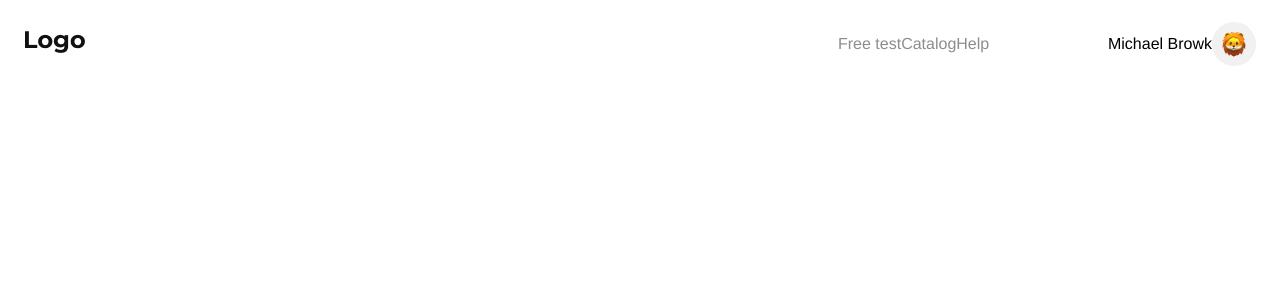
Repository: skydevil1604/vue-test-app
Page: /#/main-page
The author's editor kept a copy of each file at every save. The page is drawn from the files as they stood at one save, then again after the next save.
The browser window is 1280 px wide. The pictures show the whole page.
The project was rebuilt for these pictures with package versions that can differ from the ones it lists, and the page was loaded fresh each time. Also part of the build but not shown: src/components/Tabs.vue, src/components/Tab.vue, src/components/Login.vue, src/components/Registration.vue, src/components/AuthenticationForm.vue.

Above is the page before, as saved 2020-04-06 19:05:54.

### public/index.html
<!DOCTYPE html>
<html lang="en">
  <head>
    <meta charset="utf-8">
    <meta http-equiv="X-UA-Compatible" content="IE=edge">
    <meta name="viewport" content="width=device-width,initial-scale=1.0">
    <link rel="icon" href="<%= BASE_URL %>favicon.ico">
    <link rel="stylesheet" href="../src/assets/normalize.css">
    <title><%= htmlWebpackPlugin.options.title %></title>
  </head>
  <body style="margin:0 auto;">
    <noscript>
      <strong>We're sorry but <%= htmlWebpackPlugin.options.title %> doesn't work properly without JavaScript enabled. Please enable it to continue.</strong>
    </noscript>
    <div id="app"></div>
    <!-- built files will be auto injected -->
  </body>
</html>

### src/main.js
import Vue from 'vue'
import App from './App.vue'
import VueRouter from 'vue-router'
import router from './router';

Vue.config.productionTip = false;
Vue.use(VueRouter)

new Vue({
  render: h => h(App),
  router
}).$mount('#app');

### src/App.vue
<template>
  <div id="app">
    <router-view>
      <AuthenticationForm />
    </router-view>
  </div>
</template>

<script>
import AuthenticationForm from './components/AuthenticationForm';

export default {
  name: 'App',
  components: {
    AuthenticationForm
  }
}
</script>

<style>
#app {
  font-family: Avenir, Helvetica, Arial, sans-serif;
  -webkit-font-smoothing: antialiased;
  -moz-osx-font-smoothing: grayscale;
  text-align: center;
  display: flex;
  height: 100vh;
}
</style>

### src/router/index.js
import Vue                        from 'vue';
import VueRouter                     from 'vue-router';
import MainPageComponent          from '@/components/MainPage';
import AuthenticationForm         from '@/components/AuthenticationForm';

Vue.use(VueRouter);

const router = new VueRouter({
    routes: [

      {
        path: '/main-page',
        name: 'mainPage',
        component: MainPageComponent,
      },
      {
        path: '/',
        name: 'authenticationForm',
        component: AuthenticationForm,
      },
    ]
  });

export default router;

### src/components/MainPage.vue
<template>
    <section class="main-page">
        <header class="header">
            <a class="logo" href="#">
                <img src="../assets/logo.png" alt="logo">
            </a>
            <nav class="navigation">
                <ul class="navigation__list">
                    <li class="navigation__item">
                        <a href="#">Free test</a>
                    </li>
                    <li class="navigation__item">
                        <a href="#">Catalog</a>
                    </li>
                    <li class="navigation__item">
                        <a href="#">Help</a>
                    </li>
                </ul>
                <div class="navigation__profile">
                    <span>Michael Browk</span>
                    <img src="../assets/Lion.png" alt="">
                </div>
            </nav>
        </header>
    </section>
</template>

<script>

export default {
    name: 'MainPageComponent',
}
</script>

<style lang="scss">
    .main-page {
        max-width: 1366px;
        width: 100%;
    }

    .header {
        padding-top: 22px;
        padding-bottom: 22px;
        padding-left: 24px;
        padding-right: 24px;
        display: flex;
        justify-content: space-between;
        align-items: center;
    }

    .navigation {
        display: flex;
        align-items: center;
        width: 418px;
        justify-content: space-between;

            &__list {
                list-style: none;
                display: flex;
                padding: 0;
                margin: 0;

                    & a {
                        text-decoration: none;
                        font-style: normal;
                        font-weight: normal;
                        font-size: 16px;
                        line-height: 24px;
                        color: rgba(17, 17, 17, 0.48);
                    }
            }

            &__profile {
                display: flex;
                align-items: center;
                justify-content: space-between;
            }
    }
</style>

Loaded but not shown: src/assets/normalize.css (library)

After the next save:
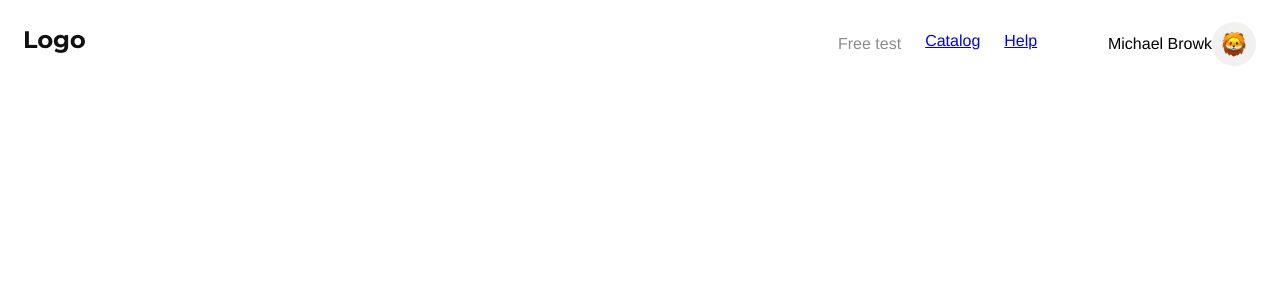
Saved 3 min 29 s later.
--- a/src/components/MainPage.vue
+++ b/src/components/MainPage.vue
@@ -7,7 +7,7 @@
             <nav class="navigation">
                 <ul class="navigation__list">
                     <li class="navigation__item">
-                        <a href="#">Free test</a>
+                        <a class="navigation__link" href="#">Free test</a>
                     </li>
                     <li class="navigation__item">
                         <a href="#">Catalog</a>
@@ -59,15 +59,23 @@ export default {
                 display: flex;
                 padding: 0;
                 margin: 0;
+            }
 
-                    & a {
-                        text-decoration: none;
-                        font-style: normal;
-                        font-weight: normal;
-                        font-size: 16px;
-                        line-height: 24px;
-                        color: rgba(17, 17, 17, 0.48);
-                    }
+            &__list:last-child {
+                margin-right: 0;
+            }
+
+            &__item {
+                margin-right: 24px;
+            }
+
+            &__link {
+                text-decoration: none;
+                font-style: normal;
+                font-weight: normal;
+                font-size: 16px;
+                line-height: 24px;
+                color: rgba(17, 17, 17, 0.48);
             }
 
             &__profile {
